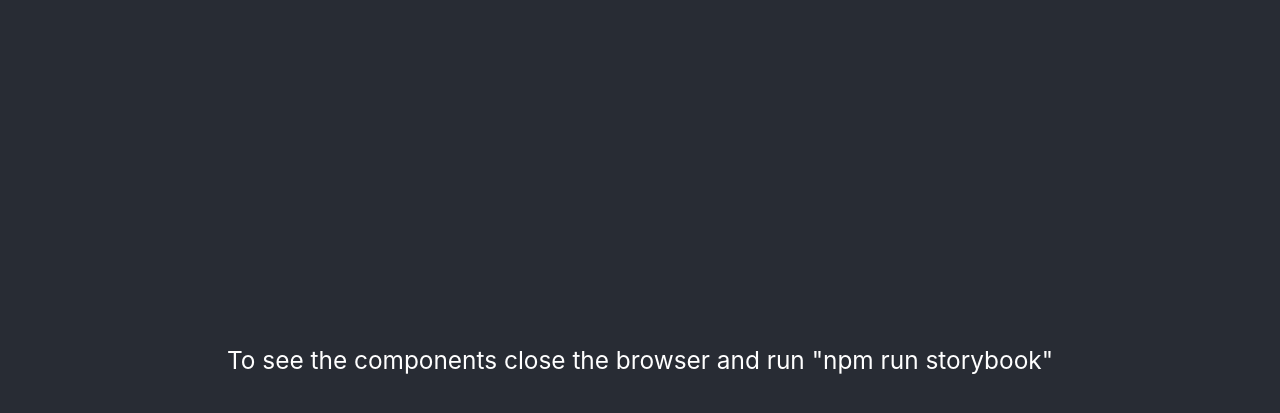
Repository: widgetface/ReactComponentRepo
Page: /
The author's editor kept a copy of each file at every save. The page is drawn from the files as they stood at one save, then again after the next save.
The browser window is 1280 px wide. The pictures show the whole page.
The project was rebuilt for these pictures with package versions that can differ from the ones it lists, and the page was loaded fresh each time.

Above is the page before, as saved 2020-06-20 15:09:47.

### src/index.js
import React from 'react';
import {render} from 'react-dom';
import './index.css';
import App from './App';


render(
  <React.StrictMode>
    <App />
  </React.StrictMode>,
  document.getElementById('root')
);

### src/App.js
import React from 'react';
import './App.css';

function App() {
  return (
    <div className="App">
      <header className="App-header">
        To see the components close the browser and run
        "npm run storybook"
      </header>
    </div>
  );
}

export default App;

Loaded but not shown: public/index.html (common file); src/index.css (common file); src/App.css (common file); src/App.scss (common file)

After the next save:
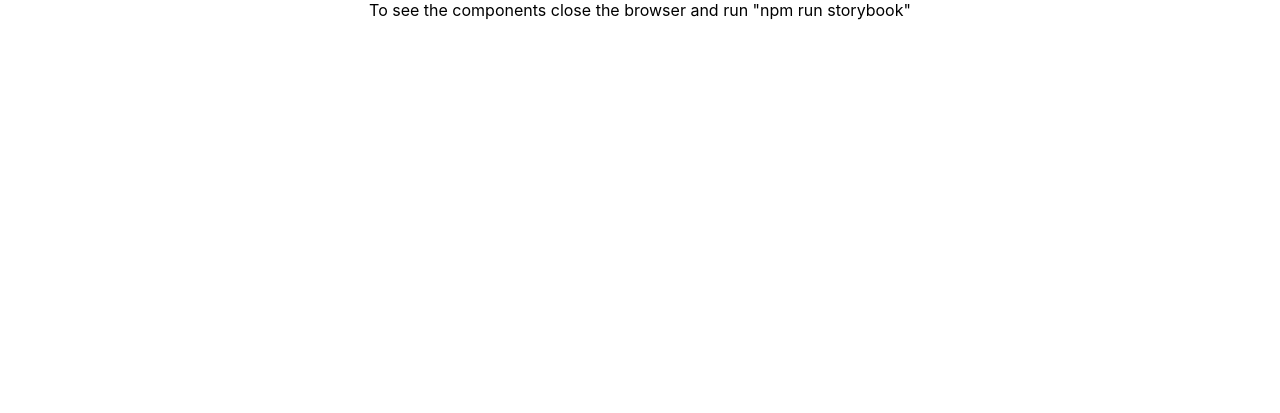
Saved 100 s later.
--- a/src/App.js
+++ b/src/App.js
@@ -1,5 +1,5 @@
 import React from 'react';
-import './App.css';
+import './App.scss';
 
 function App() {
   return (
